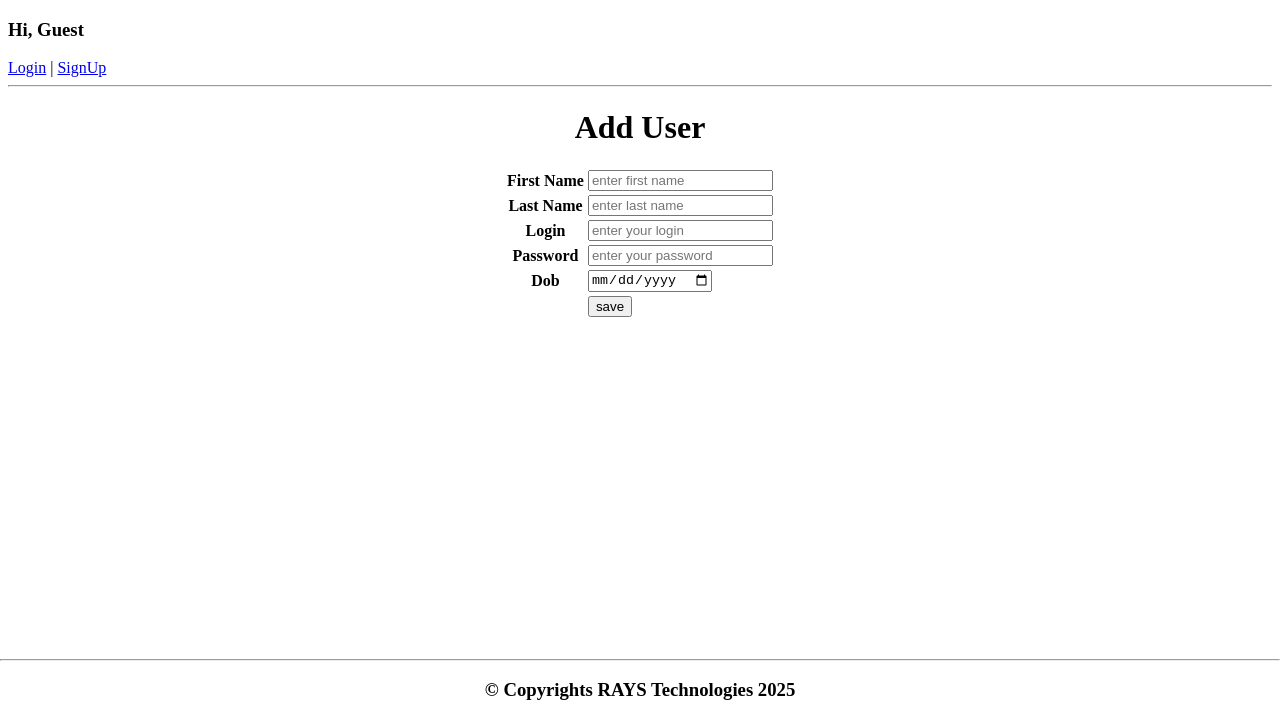
Repository: Deepak9669/JSP-Servlet
Page: http://localhost/Dynamic-Web-Project/UserCtl
The author's editor kept a copy of each file at every save. The page is drawn from the files as they stood at one save, then again after the next save.
The browser window is 1280 px wide. The pictures show the whole page.
The page is served by Tomcat 9.

Above is the page before, as saved 2025-10-11 13:00:24.

After the next save:
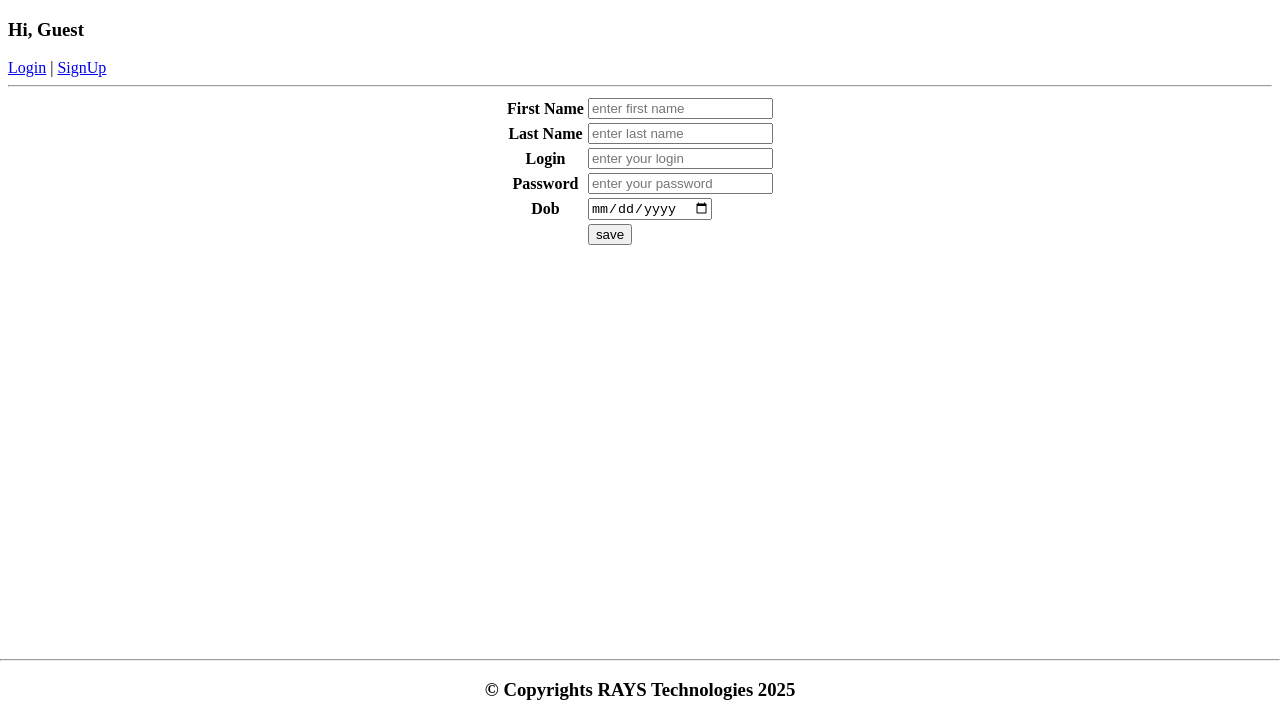
Saved 8 min 16 s later.
--- a/Dynamic-Web-Project/WebContent/UserView.jsp
+++ b/Dynamic-Web-Project/WebContent/UserView.jsp
@@ -12,14 +12,25 @@
 	<%
 		String successMsg = (String) request.getAttribute("successMsg");
 		String errorMsg = (String) request.getAttribute("errorMsg");
+		UserBean bean = (UserBean) request.getAttribute("bean");
 	%>
 
 	<div align="center">
-		<h1>Add User</h1>
+		<%
+			if (bean != null) {
+		%>
+		<%
+			if (successMsg != null && bean.getId() > 0) {
+		%>
+		<h3>Update User</h3>
+		<%
+			} else {
+		%>
+		<h3>Add User</h3>
+		<%
+			}
+		%>
 
-		<%
-			if (successMsg != null) {
-		%>
 		<h3 style="color: green;"><%=successMsg%></h3>
 		<%
 			}
@@ -38,7 +49,8 @@
 			<table>
 				<tr>
 					<th>First Name</th>
-					<td><input type="text" name="firstName" value=""
+					<td><input type="text" name="firstName"
+					 value="<%=bean !=null ?bean.getFirstName(): "" %>"
 						placeholder="enter first name"></td>
 				</tr>
 				<tr>
